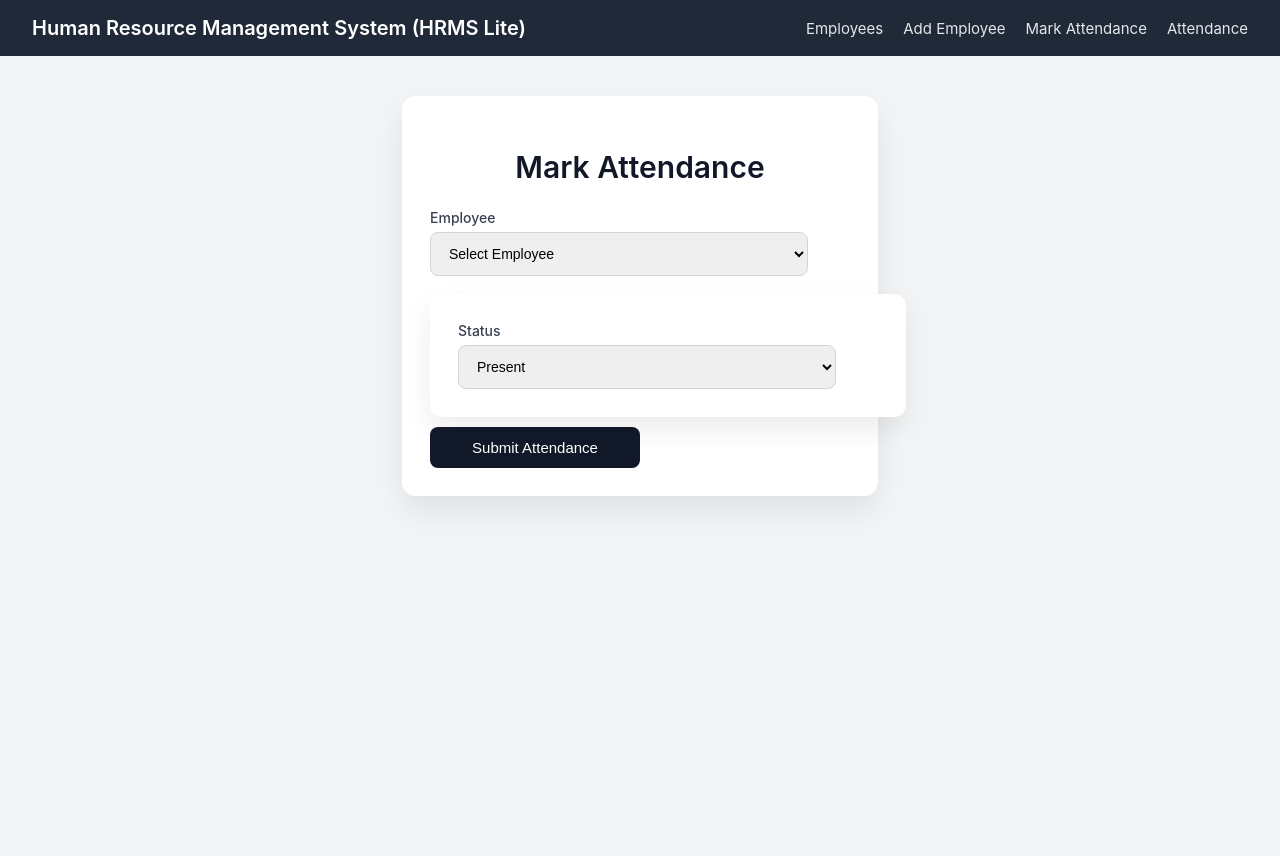
Repository: gautamsonam011/hrmsfrontend
Page: /attendance/add
These files come from the project's save history. The page is drawn as it stood at one moment and after the next save; the edit follows.
The browser window is 1280 px wide. The pictures show the whole page.
The page's requests for data from a server got no answer. The project was rebuilt for these pictures with package versions that can differ from the ones it lists, and the page was loaded fresh each time. No one was signed in, and anything a server would have sent is missing. Also part of the build but not shown: src/components/Loader.jsx, src/components/EmptyState.jsx, src/pages/Employees.jsx, src/pages/AddEmployee.jsx, src/components/ErrorState.jsx, src/pages/Attendance.jsx.

Above is the page before, as saved 2026-01-31 20:00:24.

### public/index.html
<!DOCTYPE html>
<html lang="en">
  <head>
    <meta charset="utf-8" />
    <link rel="icon" href="%PUBLIC_URL%/favicon.ico" />
    <meta name="viewport" content="width=device-width, initial-scale=1" />
    <meta name="theme-color" content="#000000" />
    <meta
      name="description"
      content="Web site created using create-react-app"
    />
    <link rel="apple-touch-icon" href="%PUBLIC_URL%/logo192.png" />
    <!--
      manifest.json provides metadata used when your web app is installed on a
      user's mobile device or desktop. See https://developers.google.com/web/fundamentals/web-app-manifest/
    -->
    <link rel="manifest" href="%PUBLIC_URL%/manifest.json" />
    <!--
      Notice the use of %PUBLIC_URL% in the tags above.
      It will be replaced with the URL of the `public` folder during the build.
      Only files inside the `public` folder can be referenced from the HTML.

      Unlike "/favicon.ico" or "favicon.ico", "%PUBLIC_URL%/favicon.ico" will
      work correctly both with client-side routing and a non-root public URL.
      Learn how to configure a non-root public URL by running `npm run build`.
    -->
    <title>HRMS</title>
  </head>
  <body>
    <noscript>You need to enable JavaScript to run this app.</noscript>
    <div id="root"></div>
    <!--
      This HTML file is a template.
      If you open it directly in the browser, you will see an empty page.

      You can add webfonts, meta tags, or analytics to this file.
      The build step will place the bundled scripts into the <body> tag.

      To begin the development, run `npm start` or `yarn start`.
      To create a production bundle, use `npm run build` or `yarn build`.
    -->
  </body>
</html>

### src/App.js
import { BrowserRouter, Routes, Route } from "react-router-dom";
import "./style.css";
import Navbar from "./components/Navbar";
import Employees from "./pages/Employees";
import AddEmployee from "./pages/AddEmployee";
import Attendance from "./pages/Attendance";
import AddAttendance from "./pages/AddAttendance";

function App() {
  return (
    <BrowserRouter>
      <Navbar />
      <Routes>
        <Route path="/" element={<Employees />} />
        <Route path="/employees/add" element={<AddEmployee />} />
        <Route path="/attendance/add" element={<AddAttendance />} />
        <Route path="/attendance/:id" element={<Attendance />} />
      </Routes>
    </BrowserRouter>
  );
}

export default App;

### src/style.css

/* Global */
body {
  margin: 0;
  font-family: "Inter", system-ui, -apple-system, BlinkMacSystemFont;
  background-color: #f9fafb;
  color: #111827;
}

/* Page wrapper */
.page {
  padding: 24px;
}

/* Card */
.card {
  background: #ffffff;
  border-radius: 8px;
  padding: 20px;
  box-shadow: 0 4px 12px rgba(0, 0, 0, 0.05);
}

/* Headings */
.page-title {
  font-size: 22px;
  font-weight: 600;
  margin-bottom: 16px;
}

/* Buttons */
.btn {
  padding: 10px 16px;
  border-radius: 6px;
  border: none;
  cursor: pointer;
  font-size: 14px;
}

.btn-primary {
  background-color: #2563eb;
  color: white;
}

.btn-danger {
  background-color: #dc2626;
  color: white;
}

.btn-secondary {
  background-color: #e5e7eb;
}

/* Inputs */
.input,
.select {
  padding: 10px;
  border-radius: 6px;
  border: 1px solid #d1d5db;
  font-size: 14px;
  width: 100%;
}

.input:focus,
.select:focus {
  outline: none;
  border-color: #2563eb;
}

.form-grid {
  display: grid;
  grid-template-columns: repeat(auto-fit, minmax(220px, 1fr));
  gap: 16px;
}

.table {
  width: 90%;
  border-collapse: collapse;
  margin-top: 50px;
  margin:30px;
  background-color:#f8fcfc
}

.table th {
  text-align: left;
  background: #f3f4f6;
  padding: 12px;
  font-size: 13px;
  font-weight: 600;
}

.table td {
  padding: 12px;
  border-bottom: 1px solid #e5e7eb;
  font-size: 14px;
}

.table tr:hover {
  background-color: #f9fafb;
}

/* ===== Add Employee Form ===== */
.employee-form-wrapper {
  display: flex;
  justify-content: center;
  padding: 32px 16px;
}

.employee-form {
  background: #ffffff;
  width: 100%;
  max-width: 520px;
  padding: 28px;
  border-radius: 12px;
  box-shadow: 0 12px 28px rgba(0, 0, 0, 0.08);
}

.employee-form-title {
  font-size: 30px;
  font-weight: 600;
  text-align: center;
  margin-bottom: 24px;
  color: #111827;
}

/* Form fields */
.employee-form-group {
  margin-bottom: 18px;
}

.employee-input {
  width: 90%;
  padding: 12px 14px;
  font-size: 14px;
  border-radius: 8px;
  border: 1px solid #d1d5db;
  transition: all 0.2s ease;
}

.employee-input::placeholder {
  color: #9ca3af;
}

.employee-input:focus {
  outline: none;
  border-color: #1e6475;
  box-shadow: 0 0 0 2px rgba(37, 99, 235, 0.15);
}

/* Submit button */
.employee-submit-btn {
  width: 50%;
  padding: 12px;
  margin-top: 10px;
  font-size: 15px;
  font-weight: 500;
  border-radius: 8px;
  border: none;
  cursor: pointer;
  background-color: #111827;
  color: white;
  transition: background-color 0.2s ease;
}

.employee-submit-btn:hover {
  background-color: #1b2336;
}


/* ===== Attendance Page ===== */
.attendance-page {
  min-height: 100vh;
  background: #f3f4f6;
  display: flex;
  justify-content: center;
  align-items: flex-start;
  padding: 40px 16px;
}

/* Card */
.attendance-card {
  background: #ffffff;
  width: 100%;
  max-width: 420px;
  padding: 28px;
  border-radius: 14px;
  box-shadow: 0 15px 30px rgba(0, 0, 0, 0.08);
}

/* Title */
.attendance-title {
  text-align: center;
  font-size: 22px;
  font-weight: 600;
  margin-bottom: 24px;
  color: #111827;
}

/* Form groups */
.attendance-group {
  margin-bottom: 18px;
}

/* Labels */
.attendance-label {
  display: block;
  font-size: 14px;
  font-weight: 500;
  margin-bottom: 6px;
  color: #374151;
}

/* Inputs */
.attendance-select,
.attendance-input {
  width: 90%;
  padding: 12px 14px;
  font-size: 14px;
  border-radius: 8px;
  border: 1px solid #d1d5db;
  transition: all 0.2s ease;
}

.attendance-select:focus,
.attendance-input:focus {
  outline: none;
  border-color: #2563eb;
  box-shadow: 0 0 0 3px rgba(37, 99, 235, 0.15);
}

/* Button */
.attendance-btn {
  width: 100%;
  padding: 12px;
  background: #2563eb;
  color: #ffffff;
  border: none;
  border-radius: 8px;
  font-size: 15px;
  font-weight: 500;
  cursor: pointer;
  margin-top: 8px;
}

.attendance-btn:hover {
  background: #1e40af;
}

### src/components/Navbar.jsx
import { NavLink } from "react-router-dom";

export default function Navbar() {
  return (
    <nav style={styles.nav}>
      <h2 style={styles.logo}>Human Resource Management System (HRMS Lite)</h2>

      <div style={styles.links}>
        <NavLink to="/" style={styles.link}>
          Employees
        </NavLink>
        <NavLink to="/employees/add" style={styles.link}>
          Add Employee
        </NavLink>
        <NavLink to="/attendance/add" style={styles.link}>
          Mark Attendance
        </NavLink>
        <NavLink to="/attendance" style={styles.link}>
          Attendance
        </NavLink>
      </div>
    </nav>
  );
}

const styles = {
  nav: {
    display: "flex",
    justifyContent: "space-between",
    alignItems: "center",
    padding: "16px 32px",
    backgroundColor: "#1f2937",
    color: "#fff",
  },
  logo: {
    margin: 0,
    fontSize: "20px",
    fontWeight: "600",
  },
  links: {
    display: "flex",
    gap: "20px",
  },
  link: {
    color: "#e5e7eb",
    textDecoration: "none",
    fontSize: "15px",
  },
};

### src/pages/AddAttendance.jsx
import { useState, useEffect } from "react";
import { getEmployees } from "../api/employeeApi";
import { markAttendance } from "../api/attendanceApi";

export default function Attendance() {
  const [employees, setEmployees] = useState([]);
  const [data, setData] = useState({
    employee_id: "",
    status: "present",
  });

  useEffect(() => {
    getEmployees().then((res) => {
      setEmployees(res.data.data || []);
    });
  }, []);

  const submitAttendance = async () => {
    if (!data.employee_id) {
      alert("Please select employee");
      return;
    }

    try {
      await markAttendance({
        employee_id: data.employee_id,
        status: data.status,
      });

      alert("Attendance marked successfully");

      setData({
        employee_id: "",
        status: "present",
      });
    } catch (err) {
      alert("Already marked");
    }
  };

  return (
    <div className="attendance-page">
      <div className="attendance-card">
        <h2 className="employee-form-title">Mark Attendance</h2>

        {/* Employee */}
        <div className="attendance-group">
          <label className="attendance-label">Employee</label>
          <select
            className="attendance-select"
            value={data.employee_id}
            onChange={(e) =>
              setData({ ...data, employee_id: e.target.value })
            }
          >
            <option value="">Select Employee</option>
            {employees.map((emp) => (
              <option key={emp.employee_id} value={emp.employee_id}>
                {emp.employee_id} – {emp.full_name}
              </option>
            ))}
          </select>
        </div>

        {/* Status */}
        <div className="employee-form">
          <label className="attendance-label">Status</label>
          <select
            className="attendance-select"
            value={data.status}
            onChange={(e) =>
              setData({ ...data, status: e.target.value })
            }
          >
            <option value="present">Present</option>
            <option value="absent">Absent</option>
          </select>
        </div>

        <button className="employee-submit-btn" onClick={submitAttendance}>
          Submit Attendance
        </button>
      </div>
    </div>
  );
}

### src/api/employeeApi.js
import api from "./axios";

export const getEmployees = () => api.get("/employees/");
export const addEmployee = (data) => api.post("/employees/", data);
export const deleteEmployee = (id) => api.delete(`/employees/${id}/`);

### src/api/axios.js
import axios from "axios";

const api = axios.create({
  baseURL: "http://127.0.0.1:8000/api/v1",
  headers: {
    "Content-Type": "application/json",
  },
});

export default api;

### src/api/attendanceApi.js
import api from "./axios";

export const markAttendance = (data) =>
  api.post("/attendance/", data);

export const getAttendanceByEmployee = (employeeId) =>
  api.get(`/attendance/${employeeId}/`);

Loaded but not shown: src/index.js (common file); src/index.css (common file); src/reportWebVitals.js (common file)

After the next save:
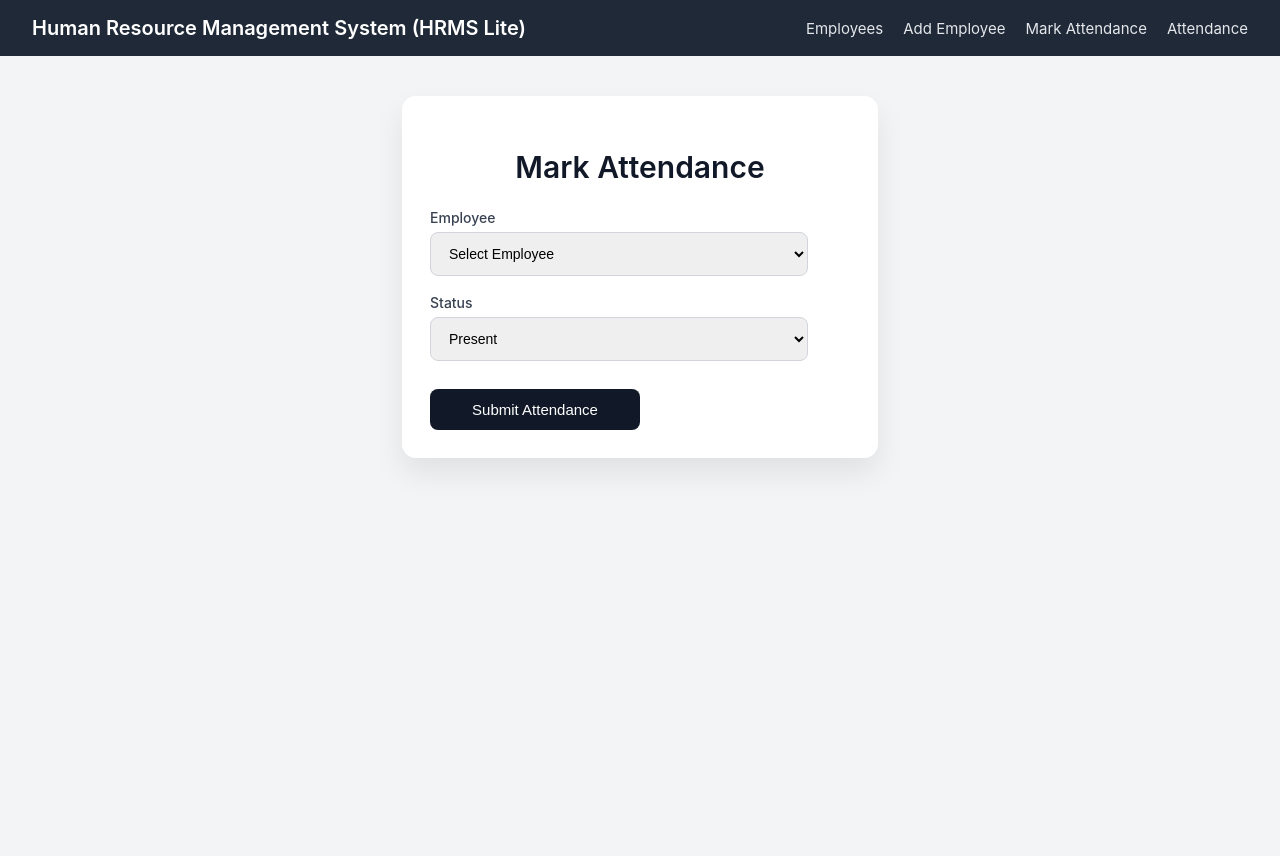
Saved 60 s later.
--- a/src/pages/AddAttendance.jsx
+++ b/src/pages/AddAttendance.jsx
@@ -63,7 +63,7 @@ export default function Attendance() {
         </div>
 
         {/* Status */}
-        <div className="employee-form">
+        <div className="attendance-group">
           <label className="attendance-label">Status</label>
           <select
             className="attendance-select"
